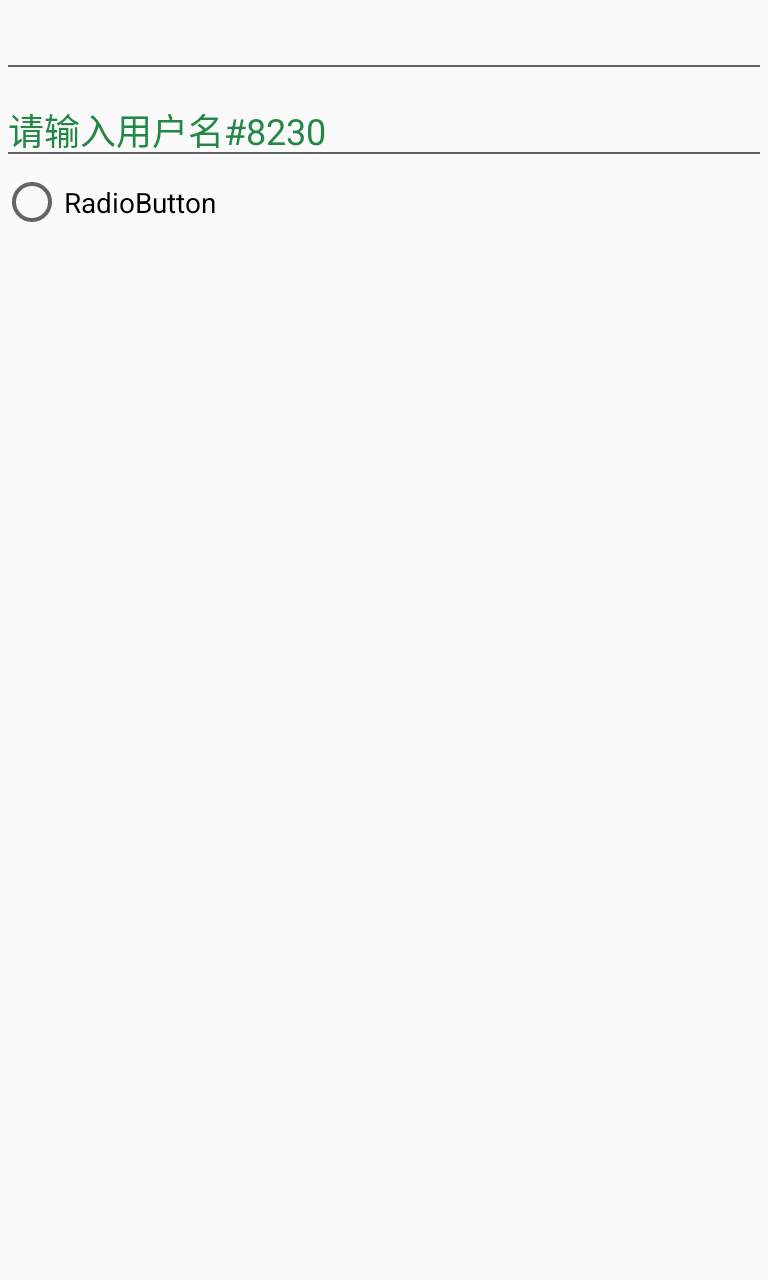
Repository: sh-zh-en/NBTodo
Layout: nbtodo/NBTodo/res/layout/addition_task_layout.xml
These files come from the project's save history. The layout is drawn as it stood at one moment and after the next save; the edit follows.
It is drawn on a 768 x 1280 px phone screen (xhdpi) without system bars, with theme AppTheme; the app's code is not run.

Above is the layout before, as saved 2015-02-05 22:08:34.

After the next save:
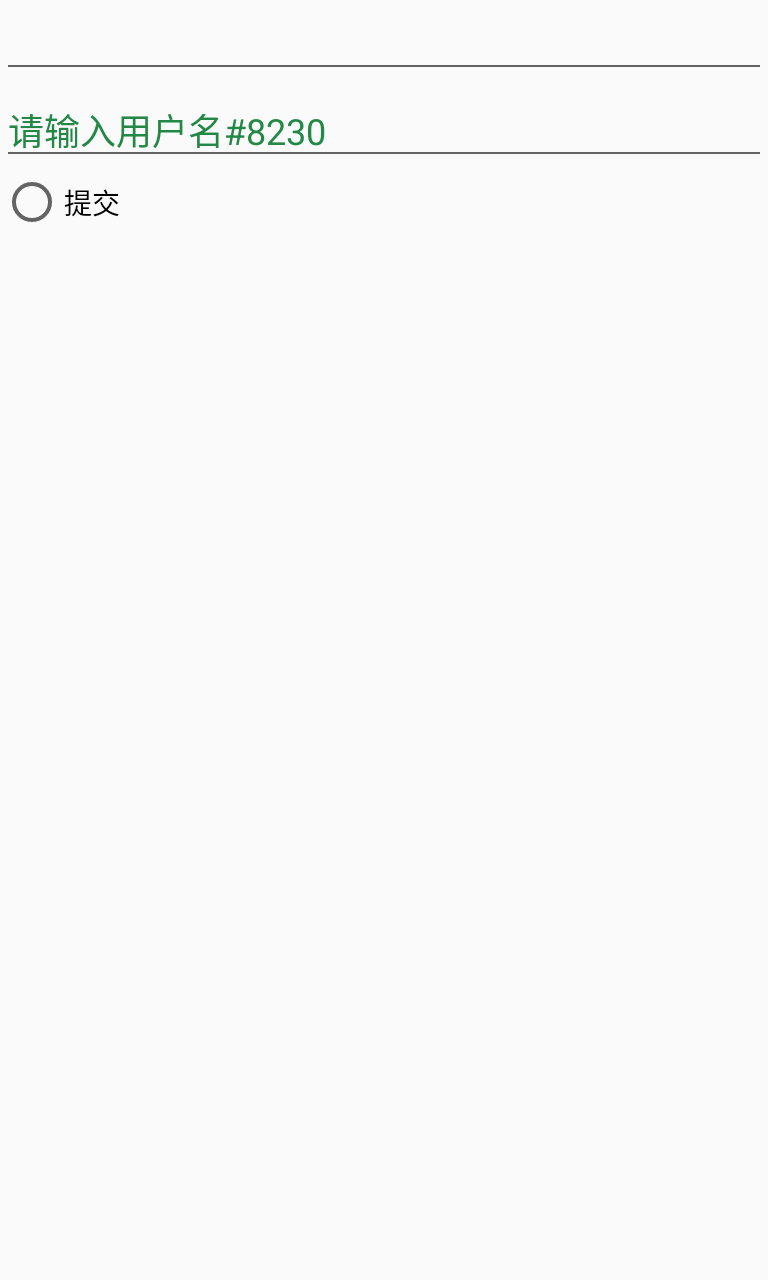
Saved 2 min 7 s later.
--- a/nbtodo/NBTodo/res/layout/addition_task_layout.xml
+++ b/nbtodo/NBTodo/res/layout/addition_task_layout.xml
@@ -22,6 +22,6 @@
         android:id="@+id/radioButton1"
         android:layout_width="wrap_content"
         android:layout_height="wrap_content"
-        android:text="RadioButton" />
+        android:text="@string/addition_task_layout_button01" />
 
 </LinearLayout>
